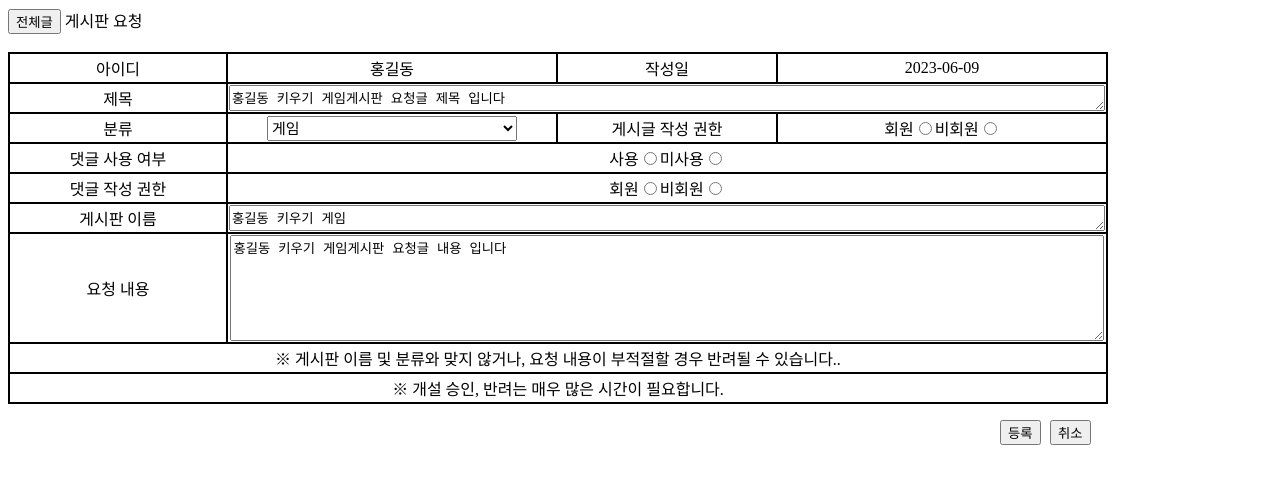
Repository: LJzero-dev/java-study
Page: http://localhost/ktbwos/bbs/request_view.jsp
The author's editor kept a copy of each file at every save. The page is drawn from the files as they stood at one save, then again after the next save.
The browser window is 1280 px wide. The pictures show the whole page.
The page is served by Tomcat 9.

Above is the page before, as saved 2023-06-11 11:09:51.

After the next save:
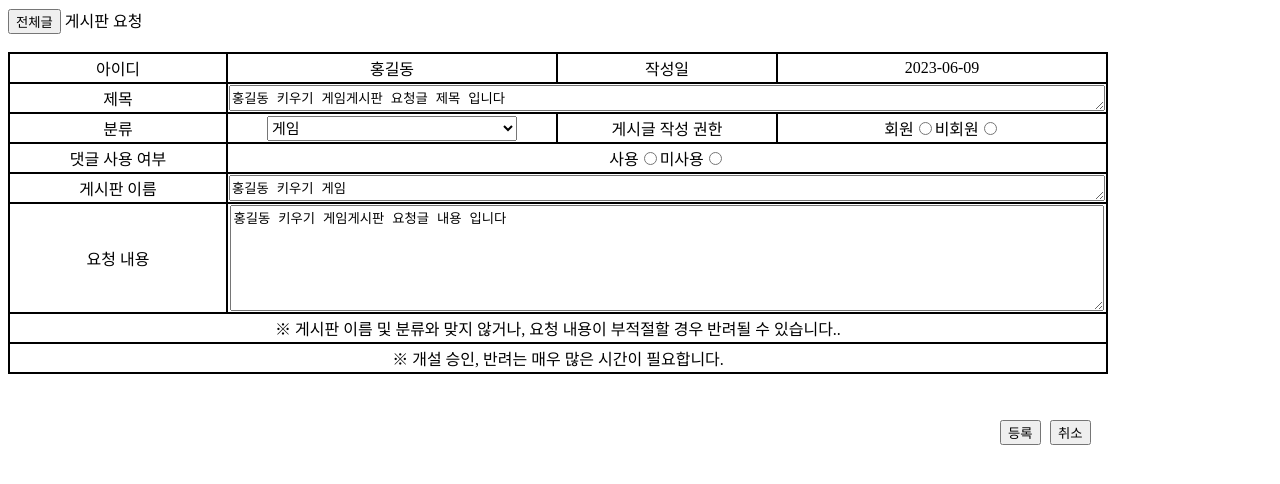
Saved 12 min 23 s later.
--- a/web/ktbwos/WebContent/bbs/request_view.jsp
+++ b/web/ktbwos/WebContent/bbs/request_view.jsp
@@ -15,6 +15,11 @@
 	th { background-color:#5B9BD5; color:white;}
 	td { text-align:center;}
 </style>
+<script>
+	function isChk () {
+
+	}
+</script>
 <title>Insert title here</title>
 </head>
 <body>
@@ -51,7 +56,7 @@
             </td>
 		</tr>
 
-		<tr>
+		<tr id="rl_reply_write" style="display:none;">
 			<td>댓글 작성 권한</td>
 			<td colspan="3"><label>회원<input type="radio" name="rl_reply_write" value="y" /></label><label>비회원<input type="radio" name="rl_reply_write" value="n" /></label>
             </td>
